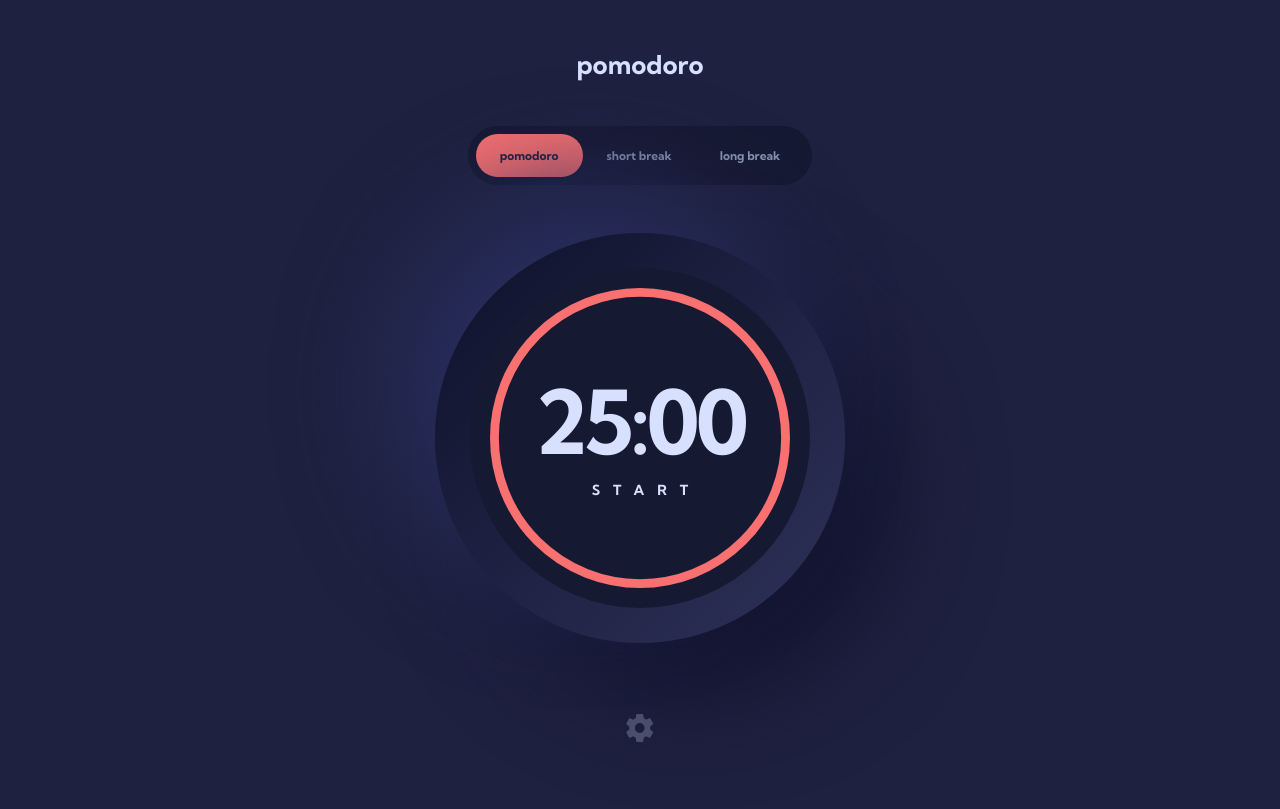
Repository: blordeus/pomodoro-app
Page: /
An editor plug-in stored every save of this project. The page is shown before and after the next save, followed by the edit.
The browser window is 1280 px wide. The pictures show the whole page.
The project was rebuilt for these pictures with package versions that can differ from the ones it lists, and the page was loaded fresh each time. Also part of the build but not shown: src/components/TimeInput.jsx, src/components/SettingsModal.jsx.

Above is the page before, as saved 2026-05-09 18:54:41.

After the next save:
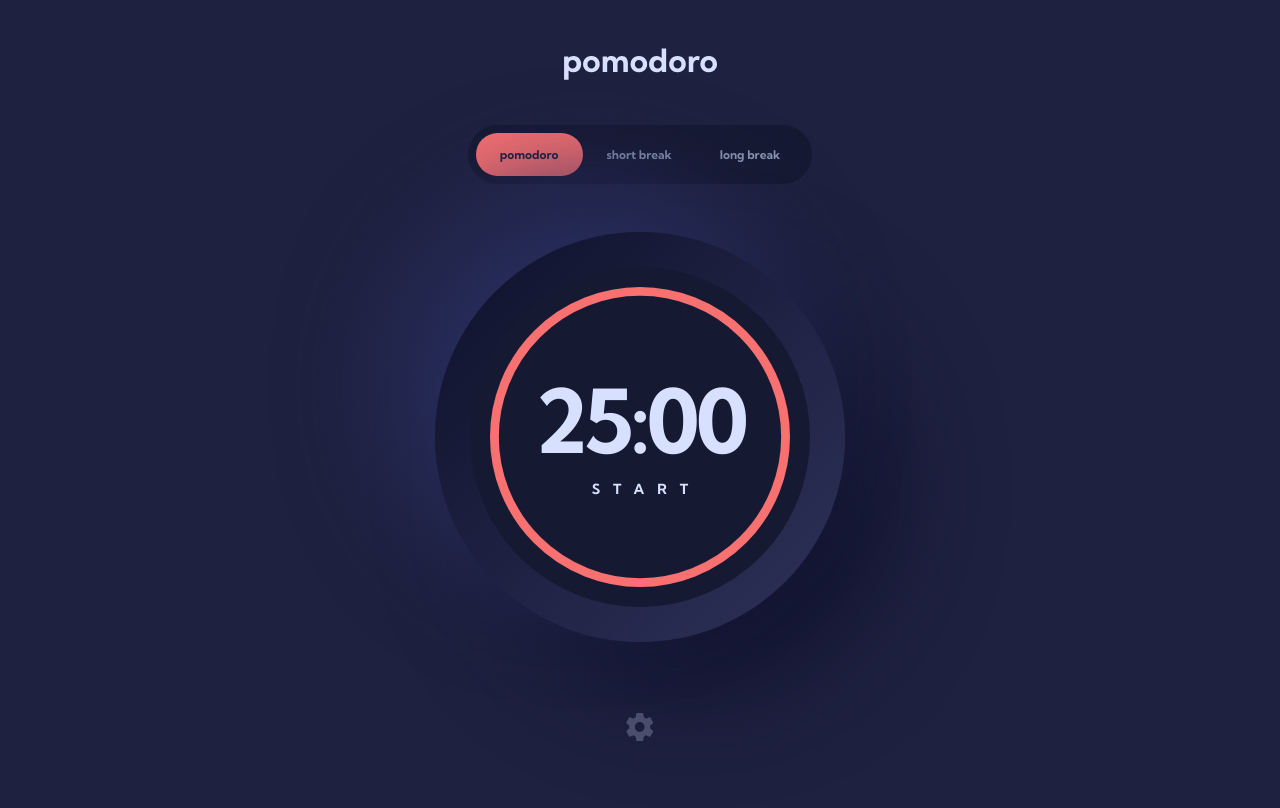
Saved 42 s later.
--- a/src/App.jsx
+++ b/src/App.jsx
@@ -12,7 +12,7 @@ const App = () => {
 
   return (
     <div className="app">
-      <h1 className="app__title">pomodoro</h1>
+      <img src="/assets/logo.svg" alt="pomodoro" className="app__title" />
 
       <ModeSelector mode={mode} onSwitch={switchMode} />
 
